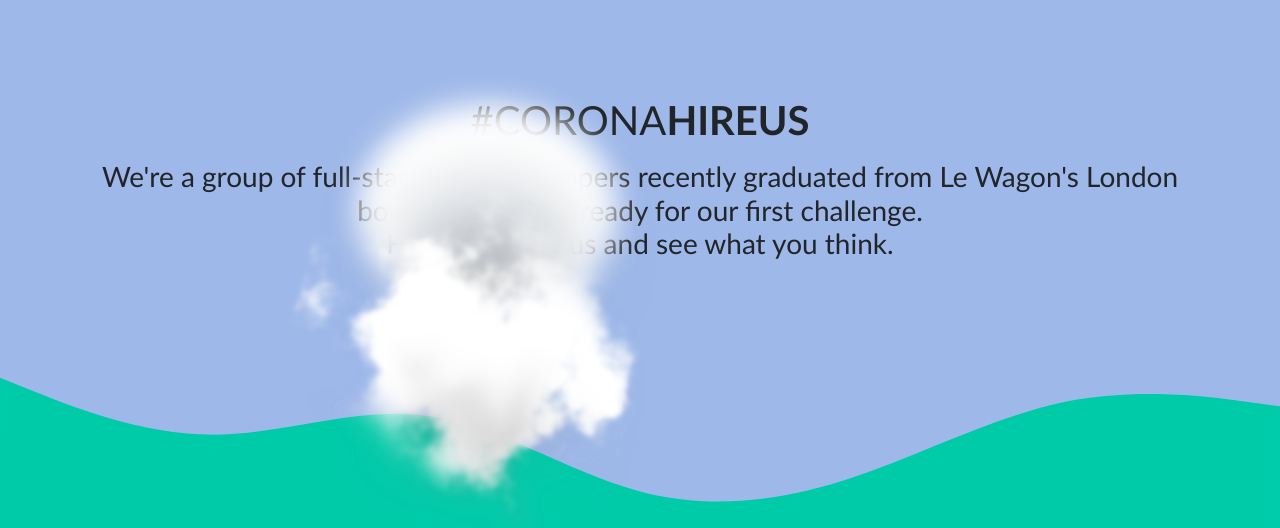
Repository: rahulkeerthi/coronahireus
Page: index.html
The author's editor kept a copy of each file at every save. The page is drawn from the files as they stood at one save, then again after a run of saves.
The browser window is 1280 px wide. The pictures show the part of the page from y = 0 to 528 px (the page is 1328 px tall).
A picture or video elsewhere on the page could not be fetched, so the positions and the page height are approximate. Some web libraries are served in a nearby version.

Above is the page before, as saved 2020-03-28 02:03:27.

### index.html
<!DOCTYPE html>
<html lang="en">
<head>
    <meta charset="UTF-8">
    <meta name="viewport" content="width=device-width, initial-scale=1.0">
    <meta http-equiv="X-UA-Compatible" content="IE=edge">
    <title>Corona-Hire-Us</title>
    <link rel="stylesheet" href="style.css">
    <script src="main.js" defer></script>
    <link rel="shortcut icon" href="data:[embedded picture, 18 characters]" type="image/x-icon">
    <link rel="stylesheet" href="https://use.fontawesome.com/releases/v5.0.10/css/all.css">
    <link rel="stylesheet" href="https://stackpath.bootstrapcdn.com/bootstrap/4.3.1/css/bootstrap.min.css">
  </head>
<body>
    <div>
        <div class="wrapper">
            <div class="body-cloud" id="cloud1">
                <div class="cloud" id="cloud1-back" style="left: -15vw; top: -30vh"></div>
                <div class="cloud" id="cloud1-mid" style="left: -15vw; top: -30vh"></div>
                <div class="cloud" id="cloud1-front" style="left: -15vw; top: -30vh"></div>
                <!--   77, 327,109, 841, 2319, 5032, 1094, 892, 6739, 512, 84 -->
                <svg width="0" height="0">
                <!--Top Layer-->
                    <filter id="filter1-back">
                    <feTurbulence type="fractalNoise" baseFrequency="0.012" numOctaves="4" seed="0" />
                    <feDisplacementMap  in="SourceGraphic" scale="170" />
                    </filter>
                    <filter id="filter1-mid">
                        <feTurbulence type="fractalNoise"  baseFrequency="0.012" numOctaves="2" seed="0"/>
                    <feDisplacementMap  in="SourceGraphic" scale="150" />
                    </filter>
                    <filter id="filter1-front">
                        <feTurbulence type="fractalNoise" baseFrequency="0.012" numOctaves="2" seed="0"/>
                    <feDisplacementMap  in="SourceGraphic" scale="100" />
                    </filter>
                </svg>
            </div>
            <div class="body-cloud" id="cloud2">
                <div class="cloud" id="cloud2-mid" style="left: 0vw; top: -10vh"></div>
                <div class="cloud" id="cloud2-back" style="left: 0vw; top: -10vh"></div>
                <div class="cloud" id="cloud2-front" style="left: 0vw; top: -10vh"></div>
                <!--   77, 327,109, 841, 2319, 5032, 1094, 892, 6739, 512, 84 -->
                <svg width="0" height="0">
                <!--Top Layer-->
                    <filter id="filter2-back">
                    <feTurbulence type="fractalNoise" baseFrequency="0.012" numOctaves="4" seed="0" />
                    <feDisplacementMap  in="SourceGraphic" scale="170" />
                    </filter>
                    <filter id="filter2-mid">
                        <feTurbulence type="fractalNoise"  baseFrequency="0.012" numOctaves="2" seed="0"/>
                    <feDisplacementMap  in="SourceGraphic" scale="150" />
                    </filter>
                    <filter id="filter2-front">
                        <feTurbulence type="fractalNoise" baseFrequency="0.012" numOctaves="2" seed="0"/>
                    <feDisplacementMap  in="SourceGraphic" scale="100" />
                    </filter>
                </svg>
            </div>
            <div class="sky text-center">
                <h1 class="pt-5">#CORONA<strong>HIREUS</strong></h1>
                <h3 class="container py-2">We're a group of full-stack Rails developers recently graduated from Le Wagon's London boot camp. We're ready for our first challenge. <br>Have a look at us and see what you think.</h3>
            </div>
            <div class="hills">
                <svg xmlns="http://www.w3.org/2000/svg" viewBox="0 0 1440 320"><path fill="#00cba9" fill-opacity="1" d="M0,128L40,144C80,160,160,192,240,192C320,192,400,160,480,170.7C560,181,640,235,720,256C800,277,880,267,960,240C1040,213,1120,171,1200,154.7C1280,139,1360,149,1400,154.7L1440,160L1440,320L1400,320C1360,320,1280,320,1200,320C1120,320,1040,320,960,320C880,320,800,320,720,320C640,320,560,320,480,320C400,320,320,320,240,320C160,320,80,320,40,320L0,320Z"></path></svg>
            </div>
            <div class="field">
                <div class="container pt-5" id="card-container">
                    <div class="card-profile invisible">
                        <img src="https://kitt.lewagon.com/placeholder/users/rahulkeerthi" />
                        <div class="card-profile-infos">
                          <h2>Rahul Keerthi</h2>
                          <p>Interest in <strong>full-stack, front-end and back-end</strong>. TMT strategy consultant background.</p>
                          <p>Currently learning React.</p>
                        </div>
                        <div class="card-links">
                            <a href="https://twitter.com/diegegenpress" target="_blank"><i class="fab fa-twitter"></i></a>
                            <a href="https://github.com/rahulkeerthi/" target="_blank"><i class="fab fa-github"></i></a>
                            <a href="https://www.linkedin.com/in/rahulkeerthi" target="_blank"><i class="fab fa-linkedin"></i></a>
                        </div>
                    </div>
                    <div class="card-profile invisible">
                        <img src="https://kitt.lewagon.com/placeholder/users/domferris" />
                        <div class="card-profile-infos">
                          <h2>Dom Ferris</h2>
                          <p>Interest in <strong>full-stack and front-end</strong>. Visual arts background.</p>
                          <p>Currently working an MVP.</p>
                        </div>
                        <div class="card-links">
                            <a href="https://twitter.com/CoronaHire" target="_blank"><i class="fab fa-twitter"></i></a>
                            <a href="https://github.com/rahulkeerthi/coronahireus" target="_blank"><i class="fab fa-github"></i></a>
                            <a href="#" target="_blank"><i class="fab fa-linkedin"></i></a>
                        </div>
                    </div>
                    <div class="card-profile invisible">
                        <img src="https://kitt.lewagon.com/placeholder/users/magdacembor" />
                        <div class="card-profile-infos">
                          <h2>Magda Cembor</h2>
                          <p>Interest in <strong>full-stack, front-end and back-end</strong>. Visual arts background.</p>
                          <p>Currently learning node.js and React.</p>
                        </div>
                        <div class="card-links">
                            <a href="https://twitter.com/CoronaHire" target="_blank"><i class="fab fa-twitter"></i></a>
                            <a href="https://github.com/rahulkeerthi/coronahireus" target="_blank"><i class="fab fa-github"></i></a>
                            <a href="#" target="_blank"><i class="fab fa-linkedin"></i></a>
                        </div>
                    </div>
                    <div class="card-profile invisible">
                        <img src="https://kitt.lewagon.com/placeholder/users/katsuu" />
                        <div class="card-profile-infos">
                          <h2>Katrina Au</h2>
                          <p>Interest in <strong>full-stack and front-end</strong>. Product owner background.</p>
                          <p>Currently working on an MVP.</p>
                        </div>
                        <div class="card-links">
                            <a href="https://twitter.com/CoronaHire" target="_blank"><i class="fab fa-twitter"></i></a>
                            <a href="https://github.com/rahulkeerthi/coronahireus" target="_blank"><i class="fab fa-github"></i></a>
                            <a href="#" target="_blank"><i class="fab fa-linkedin"></i></a>
                        </div>
                    </div>
                </div>
            </div>
        </div>
    </div>
    <div class="footer">
        <div class="footer-links">
            <a href="https://twitter.com/CoronaHire"><i class="fab fa-twitter"></i></a>
            <a href="https://github.com/rahulkeerthi/coronahireus"><i class="fab fa-github"></i></a>
            <a href="#"><i class="fab fa-linkedin"></i></a>
        </div>
        <div class="footer-copyright">
          Made with <i class="fas fa-heart"></i> by Rahul Keerthi (Le Wagon #361)
        </div>
      </div>
</body>
</html>

### style.css
body p {
    font-family: 'Lucida Sans', 'Lucida Sans Regular', 'Lucida Grande', 'Lucida Sans Unicode', Geneva, Verdana, sans-serif;
}

body h1 {
    font-family: 'Gill Sans', 'Gill Sans MT', Calibri, 'Trebuchet MS', sans-serif;
}

body h3 {
    font-family: 'Gill Sans', 'Gill Sans MT', Calibri, 'Trebuchet MS', sans-serif;
}

/* PAGE STRUCTURE */

.wrapper {
    /* position: relative; */
}

.sky {
    background-color: #9eb8e9;
    height: 30vh;
}

.sky h1 {
    z-index: 100;
}

.sky h3 {
    z-index: 100;
}

.hills {
    background-color: #9eb8e9;
}

.field {
    background-color: #00cba9;
    min-height: 100vh;
}

/* PROFILE CARDS */

#card-container {
    display: grid;
    grid-template-columns: 1fr 1fr;
    column-gap: 1rem;
    row-gap: 1rem;
}

.card-profile {
    overflow: hidden;
    height: 160px;
    background: white;
    box-shadow: 2px 2px 15px rgba(0,0,0,0.4);
    display: flex;
    justify-content: space-between;
    align-items: center;
    transition: all 1s ease;
  }

  .card-profile img {
    height: 100%;
    width: 120px;
    object-fit: cover;
  }

  .card-profile h2 {
    font-size: 16px;
    font-weight: bold;
    margin: 0;
  }

  .card-profile p {
    font-size: 12px;
    line-height: 1.4;
    opacity: .7;
    margin-bottom: 0;
    margin-top: 8px;
  }

  .card-profile .card-profile-infos {
    padding: 0 1rem;
  }

  .card-links {
    width: 20%;
    align-items: center;
    padding: 0 1rem;
  }
  .card-links a {
    color: black;
    opacity: 0.15;
    text-decoration: none;
    font-size: 1.5rem;
    padding: 0 0.5rem;
  }
  .card-links a:hover {
    color: #016151;
    opacity: 1;
  }

  .invisible {
      opacity: 0;
  }

/* FOOTER, BASED ON LE WAGON UI KIT */

.footer {
    background: #F4F4F4;
    display: flex;
    align-items: center;
    justify-content: space-between;
    height: 60px;
    padding: 0px 50px;
    color: rgba(0,0,0,0.3);
  }
  .footer-links {
    display: flex;
    align-items: center;
  }
  .footer-links a {
    color: black;
    opacity: 0.15;
    text-decoration: none;
    font-size: 24px;
    padding: 0px 10px;
  }
  .footer-links a:hover {
    color: #016151;
    opacity: 1;
  }

  .footer .fa-heart {
    color: #D23333;
  }

  /* CLOUD */

.body-cloud {
  /* width: 100vw;
  height: 100vh;
  background: linear-gradient(165deg, #527785 0%, #527785 100%); */
/*   background: linear-gradient(165deg, #527785 0%, #527785 100%); */
  /* padding: 1%; */
  background-color: #9eb8e9;
  overflow: hidden;
}

.cloud {
  width: 300px;
  height: 250px;
  border-radius: 50%;
  position: absolute;
}

#cloud1-back {
  filter: url(#filter-back);
  box-shadow: 300px 300px 30px -20px #fff;
}

#cloud1-mid {
  filter: url(#filter-mid);
  box-shadow: 300px 340px 70px -60px rgba(158, 168, 179, 0.5);
    left: -25vw;
}

#cloud1-front {
  filter: url(#filter-front);
  box-shadow: 300px 370px 60px -100px rgba(0, 0, 0, 0.3);
    left: -25vw;
}

#cloud2-back {
    filter: url(#filter2-back);
    box-shadow: 300px 300px 30px -20px #fff;
  }

#cloud2-mid {
    filter: url(#filter2-mid);
    box-shadow: 300px 340px 70px -60px rgba(158, 168, 179, 0.5);
    left: -25vw;
}

#cloud2-front {
    filter: url(#filter2-front);
    box-shadow: 300px 370px 60px -100px rgba(0, 0, 0, 0.3);
    left: -25vw;
}

### main.js
const removeInvisible = () => {
    const y = window.scrollY;
    const cards = document.querySelectorAll('.card-profile')
    // console.log(window.scrollY);
    if (y >= 150) {
        cards.forEach((card) => {
            card.classList.remove('invisible');
        })
    };
};

window.addEventListener('scroll', removeInvisible);

const clouds = document.querySelectorAll('.cloud')
let leftPosition = 0;
const moveCloud = () => {
    leftPosition = leftPosition + 0.01;
    clouds.forEach((cloud) => {
        // console.log(cloud);
        cloud.style.left = leftPosition + "vw";
    })
}

setInterval(moveCloud, 20);


// $(document).ready(function(){
//     var bgPosition = 0;
//     function drift(){
//       bgPosition = bgPosition - 1;
//       $("#cloud1").css("background-position", bgPosition + "px");
//    $("#cloud2").css("background-position", bgPosition + "px")
//     };
//   });

After the next 3 saves:
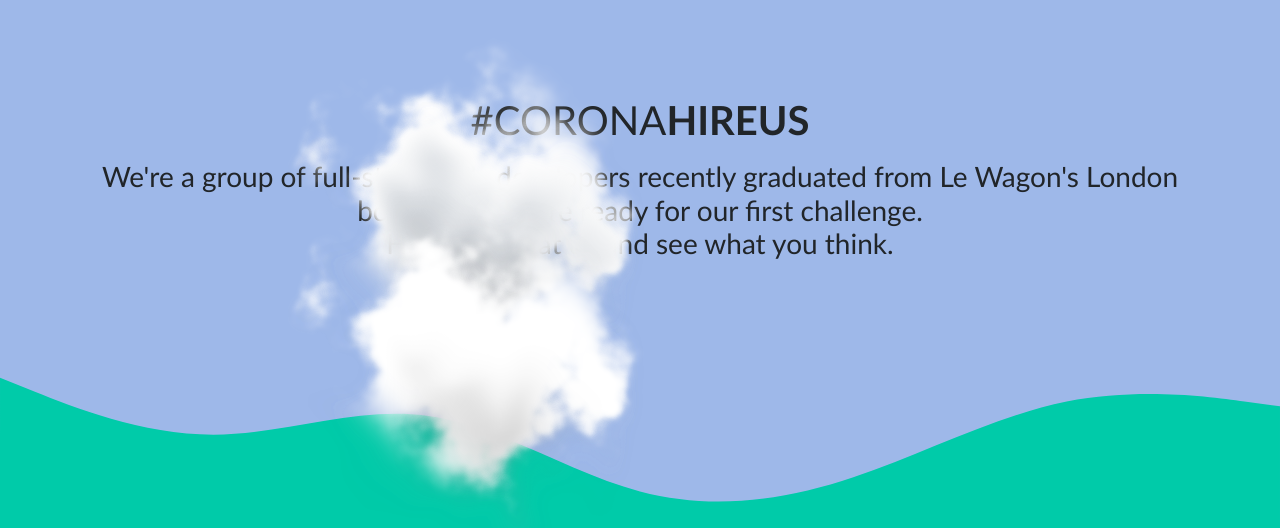
The 3 saves are shown as one change because they came seconds apart.
The last was saved 21 s later.
--- a/style.css
+++ b/style.css
@@ -154,18 +154,18 @@
 }
 
 #cloud1-back {
-  filter: url(#filter-back);
+  filter: url(#filter1-back);
   box-shadow: 300px 300px 30px -20px #fff;
 }
 
 #cloud1-mid {
-  filter: url(#filter-mid);
+  filter: url(#filter1-mid);
   box-shadow: 300px 340px 70px -60px rgba(158, 168, 179, 0.5);
     left: -25vw;
 }
 
 #cloud1-front {
-  filter: url(#filter-front);
+  filter: url(#filter1-front);
   box-shadow: 300px 370px 60px -100px rgba(0, 0, 0, 0.3);
     left: -25vw;
 }
